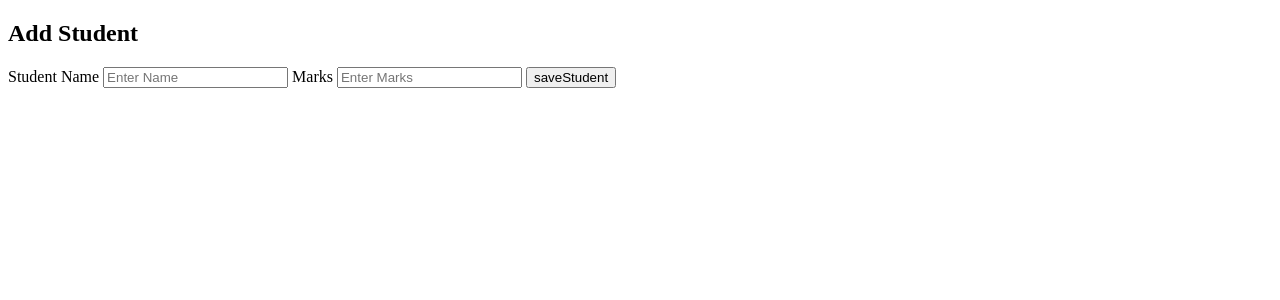
Repository: AbhiKumbhar7058/HibernateWebApplication
Page: StudenApp/src/main/webapp/WEB-INF/index.html
An editor plug-in stored every save of this project. The page is shown before and after the next save, followed by the edit.
The browser window is 1280 px wide. The pictures show the whole page.

Above is the page before, as saved 2026-05-12 07:47:33.

### StudenApp/src/main/webapp/WEB-INF/index.html
<!DOCTYPE html>
<html>
<head>
<meta charset="ISO-8859-1">
<title>Insert title here</title>
</head>
<body>

<div class="container">

    <h2>Add Student</h2>

    <form action="addStudent" method="post">

        <label>Student Name</label>
        <input type="text" name="name" placeholder="Enter Name">

        <label>Marks</label>
        <input type="text" name="marks" placeholder="Enter Marks">

        <input type="submit" value="saveStudent">

    </form>

</div>

</body>
</html>

After the next save:
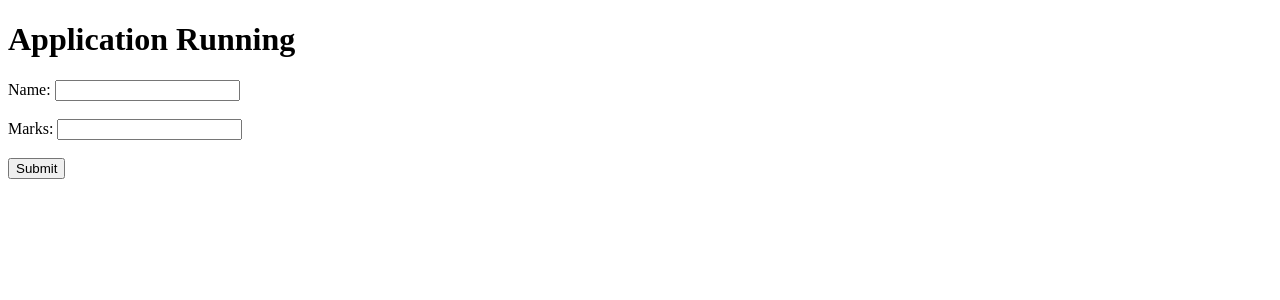
Saved 2 min 36 s later.
--- a/StudenApp/src/main/webapp/WEB-INF/index.html
+++ b/StudenApp/src/main/webapp/WEB-INF/index.html
@@ -1,28 +1,25 @@
 <!DOCTYPE html>
 <html>
 <head>
-<meta charset="ISO-8859-1">
-<title>Insert title here</title>
+<meta charset="UTF-8">
+<title>Student App</title>
 </head>
+
 <body>
 
-<div class="container">
+<h1>Application Running</h1>
 
-    <h2>Add Student</h2>
+<form action="addStudent" method="post">
 
-    <form action="addStudent" method="post">
+Name:
+<input type="text" name="name"><br><br>
 
-        <label>Student Name</label>
-        <input type="text" name="name" placeholder="Enter Name">
+Marks:
+<input type="text" name="marks"><br><br>
 
-        <label>Marks</label>
-        <input type="text" name="marks" placeholder="Enter Marks">
+<input type="submit" value="Submit">
 
-        <input type="submit" value="saveStudent">
-
-    </form>
-
-</div>
+</form>
 
 </body>
 </html>
